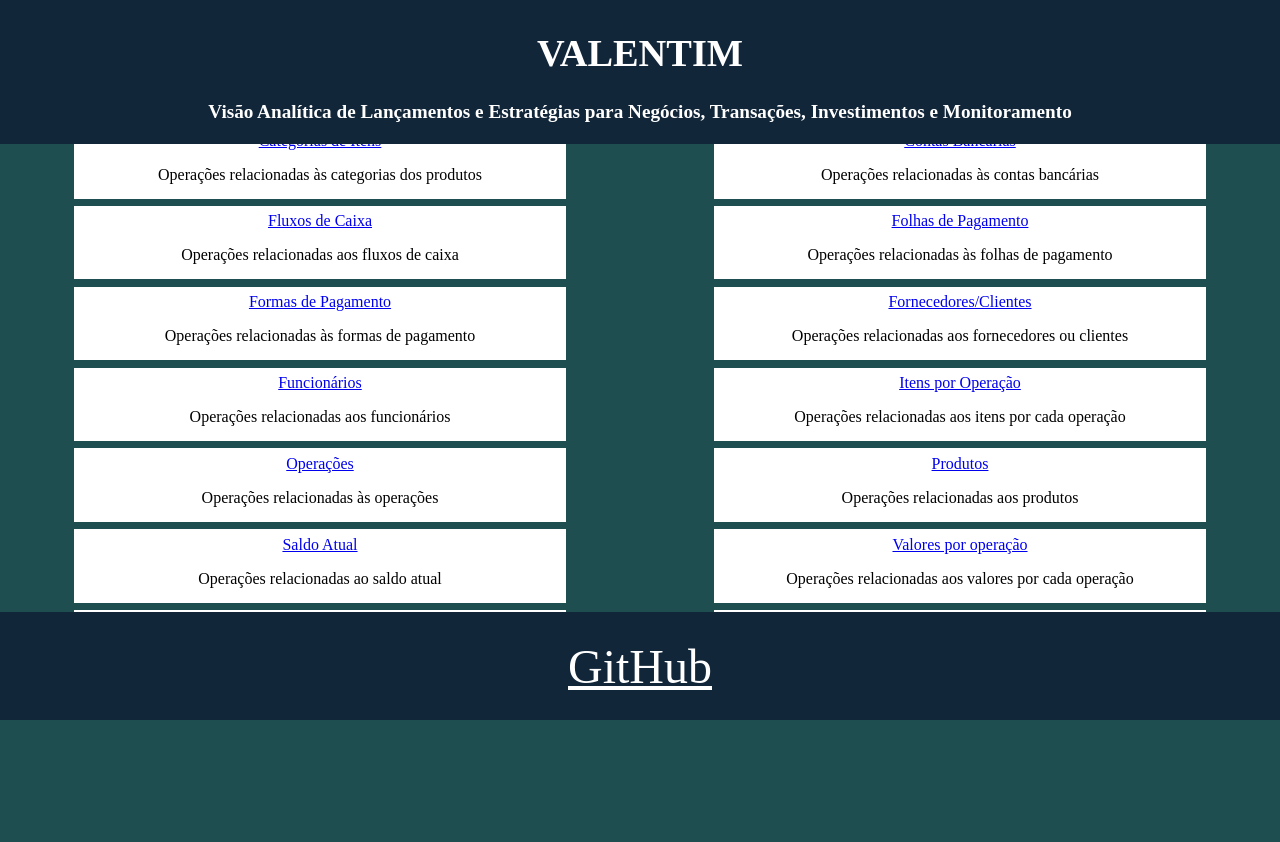
Repository: Matheus-Lacerda009/ERP-Financeiro
Page: Front/menu/menu.html
These files come from the project's save history. The page is drawn as it stood at one moment and after the next save; the edit follows.
The browser window is 1280 px wide. The pictures show the whole page.

Above is the page before, as saved 2026-07-13 19:04:15.

After the next save:
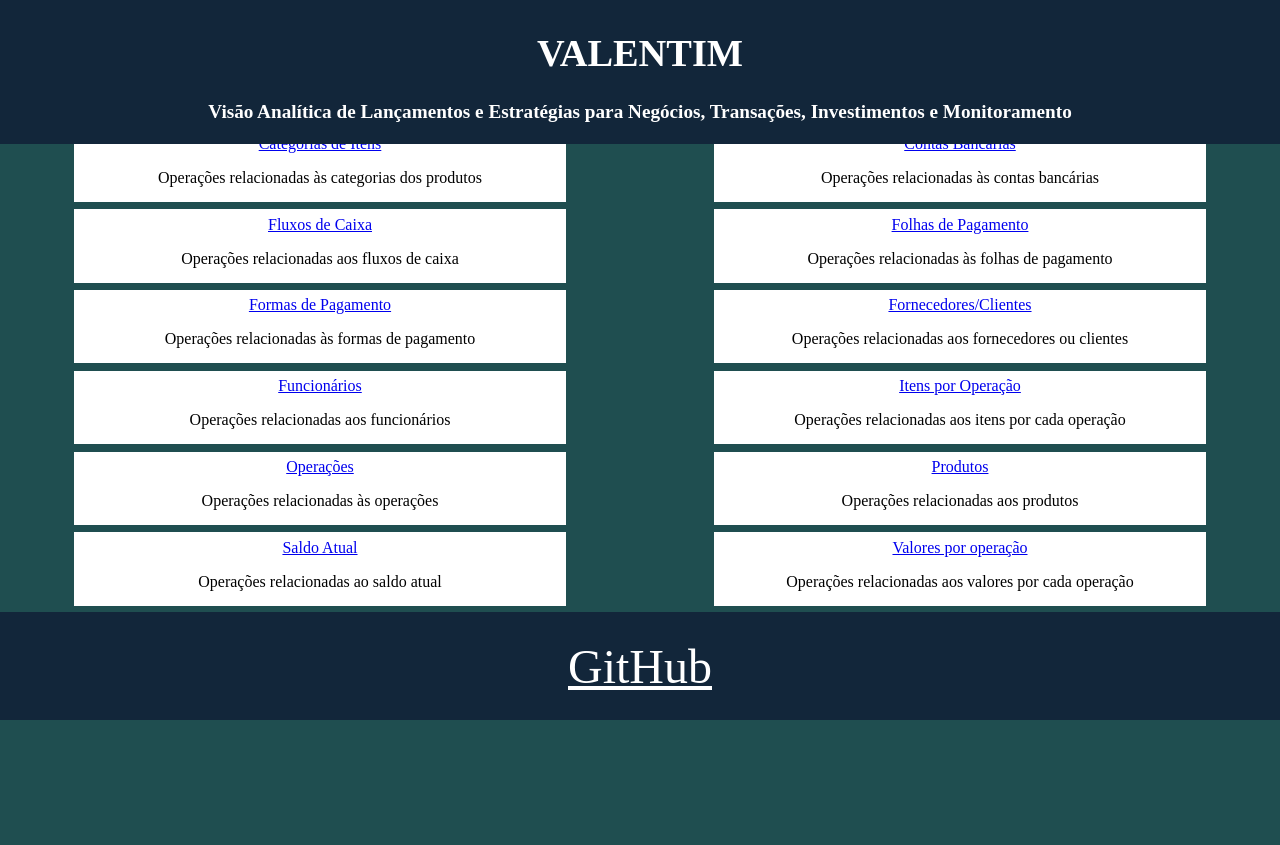
Saved 5 s later.
--- a/Front/menu/menu.css
+++ b/Front/menu/menu.css
@@ -47,7 +47,7 @@ body{
 }
 
 .container{
-    margin-top: 9.5%;
+    margin-top: 9.75%;
     height: 100vh;
     width: 100%;
     box-sizing: border-box;
